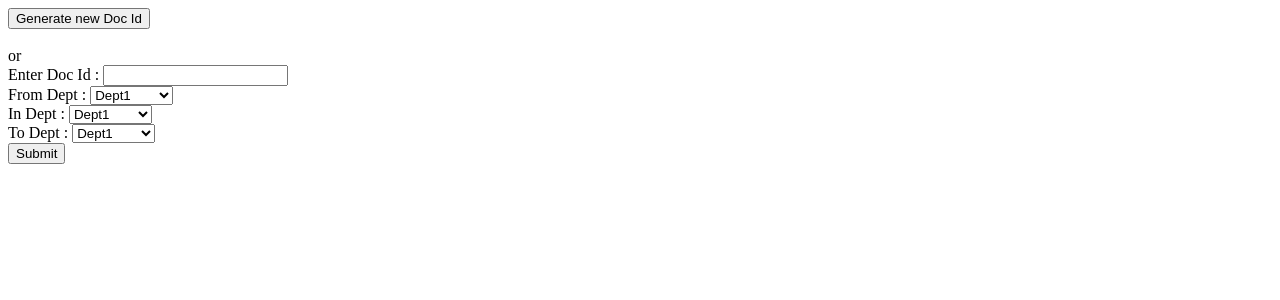
Repository: javaSingh/java
Page: workspace/minor project with inder 7th sem/WebContent/newdocreceived.html
These files come from the project's save history. The page is drawn as it stood at one moment and after the next save; the edit follows.
The browser window is 1280 px wide. The pictures show the whole page.

Above is the page before, as saved 2014-10-19 16:05:56.

### workspace/minor project with inder 7th sem/WebContent/newdocreceived.html
<!DOCTYPE html PUBLIC "-//W3C//DTD HTML 4.01 Transitional//EN" "http://www.w3.org/TR/html4/loose.dtd">
<html>
<head>
<meta http-equiv="Content-Type" content="text/html; charset=ISO-8859-1">
<title>Insert title here</title>
</head>
<body>
<script>
function fun()
{

	}
</script>

<form action='Serv3'>
<input type='submit'value='Generate new Doc Id'></input>
</form>
<br>
or
<br>
<form action='Serv1'>
Enter Doc Id : <input type='number' name='docid' required autofoucs></input><br>
From Dept : <select name='fromdept'>
  <option value="Dept1">Dept1</option>
  <option value="Dept2">Dept2</option>
  <option value="Dept3">Dept3</option>
  <option value="Dept4">Dept4</option>
  <option value="Reception">Reception</option>
  <option value="Staff">Staff</option>
  <option value="Student">Student</option>
</select><br>
In Dept : <select name='indept'>
  <option value="Dept1">Dept1</option>
  <option value="Dept2">Dept2</option>
  <option value="Dept3">Dept3</option>
  <option value="Dept4">Dept4</option>
  <option value="Reception">Reception</option>
</select><br>
To Dept : <select name='todept'>
  <option value="Dept1">Dept1</option>
  <option value="Dept2">Dept2</option>
  <option value="Dept3">Dept3</option>
  <option value="Dept4">Dept4</option>
  <option value="Reception">Reception</option>
</select><br>
<input type='submit'></input>


</form>

</body>
</html>

After the next save:
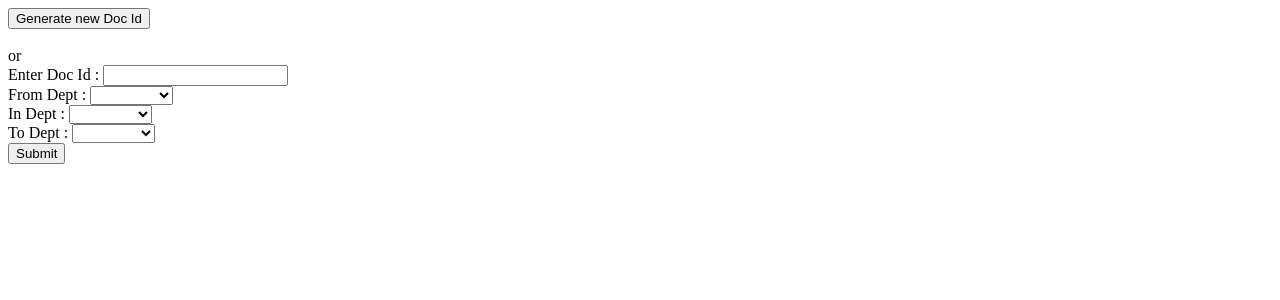
Saved 3 min 32 s later.
--- a/workspace/minor project with inder 7th sem/WebContent/newdocreceived.html
+++ b/workspace/minor project with inder 7th sem/WebContent/newdocreceived.html
@@ -21,6 +21,7 @@ or
 <form action='Serv1'>
 Enter Doc Id : <input type='number' name='docid' required autofoucs></input><br>
 From Dept : <select name='fromdept'>
+<option value=""></option>
   <option value="Dept1">Dept1</option>
   <option value="Dept2">Dept2</option>
   <option value="Dept3">Dept3</option>
@@ -30,6 +31,7 @@ From Dept : <select name='fromdept'>
   <option value="Student">Student</option>
 </select><br>
 In Dept : <select name='indept'>
+  <option value=""></option>
   <option value="Dept1">Dept1</option>
   <option value="Dept2">Dept2</option>
   <option value="Dept3">Dept3</option>
@@ -37,6 +39,7 @@ In Dept : <select name='indept'>
   <option value="Reception">Reception</option>
 </select><br>
 To Dept : <select name='todept'>
+  <option value=""></option>
   <option value="Dept1">Dept1</option>
   <option value="Dept2">Dept2</option>
   <option value="Dept3">Dept3</option>
